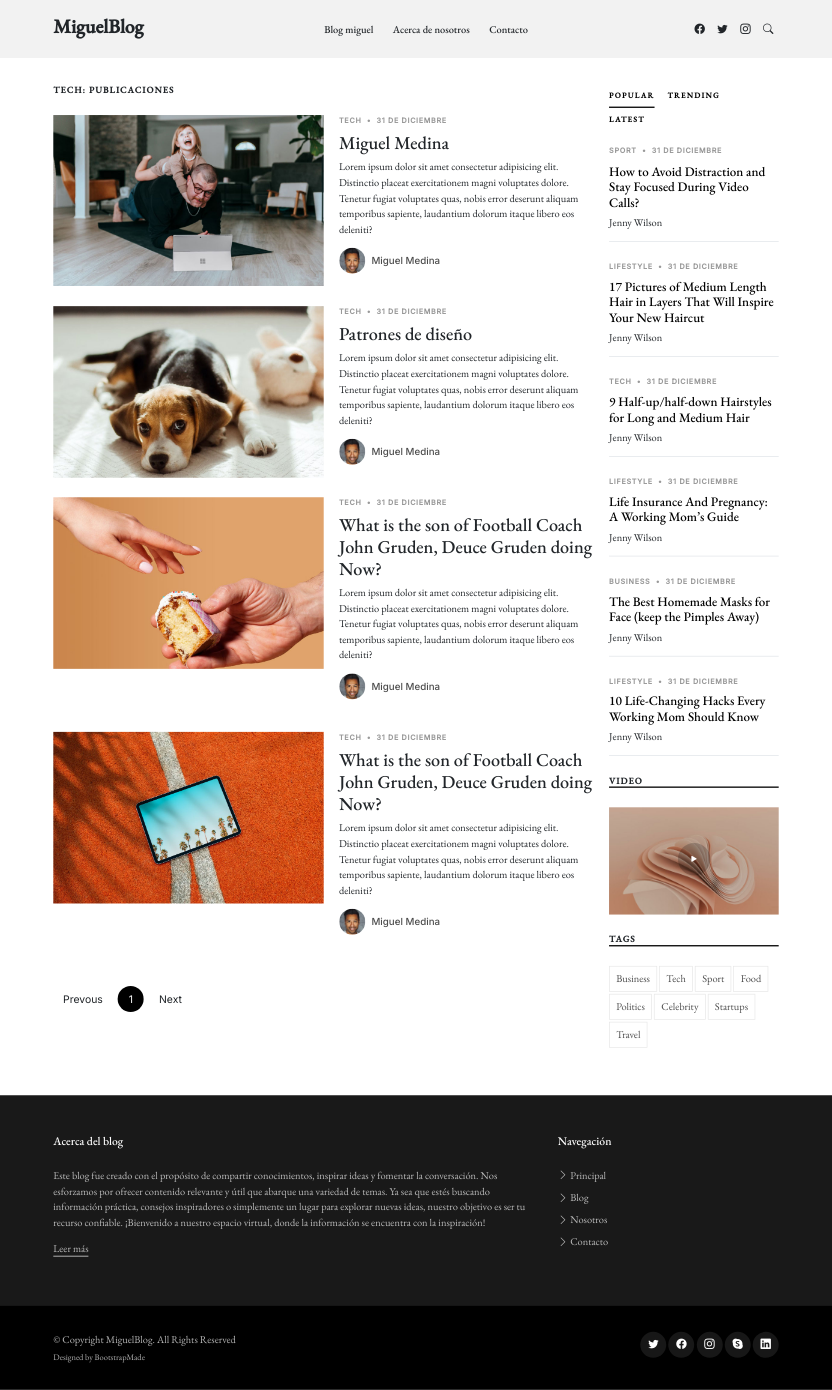
Repository: MiguelDev5/blog-miguel
Page: index.html
The author's editor kept a copy of each file at every save. The page is drawn from the files as they stood at one save, then again after the next save.
The browser window is 1280 px wide. The pictures show the whole page, at 65% of full size.
Some web fonts or font styles are not loaded; a fallback is used.

Above is the page before, as saved 2024-01-01 13:37:34.

### index.html
<!DOCTYPE html>
<html lang="en">

<head>
  <meta charset="utf-8">
  <meta content="width=device-width, initial-scale=1.0" name="viewport">

  <title>MiguelBlog Bootstrap Template - Category</title>
  <meta content="" name="description">
  <meta content="" name="keywords">

  <!-- Favicons -->
  <link href="assets/img/favicon.png" rel="icon">
  <link href="assets/img/apple-touch-icon.png" rel="apple-touch-icon">

  <!-- Google Fonts -->
  <link rel="preconnect" href="https://fonts.googleapis.com">
  <link rel="preconnect" href="https://fonts.gstatic.com" crossorigin>
  <link href="https://fonts.googleapis.com/css2?family=EB+Garamond:wght@400;500&family=Inter:wght@400;500&family=Playfair+Display:ital,wght@0,400;0,700;1,400;1,700&display=swap" rel="stylesheet">

  <!-- Vendor CSS Files -->
  <link href="assets/vendor/bootstrap/css/bootstrap.min.css" rel="stylesheet">
  <link href="assets/vendor/bootstrap-icons/bootstrap-icons.css" rel="stylesheet">
  <link href="assets/vendor/swiper/swiper-bundle.min.css" rel="stylesheet">
  <link href="assets/vendor/glightbox/css/glightbox.min.css" rel="stylesheet">
  <link href="assets/vendor/aos/aos.css" rel="stylesheet">

  <!-- Template Main CSS Files -->
  <link href="assets/css/variables.css" rel="stylesheet">
  <link href="assets/css/main.css" rel="stylesheet">

  <!-- =======================================================
  * Template Name: MiguelBlog
  * Updated: Sep 18 2023 with Bootstrap v5.3.2
  * Template URL: https://bootstrapmade.com/miguelBlog-bootstrap-blog-template/
  * Author: BootstrapMade.com
  * License: https:///bootstrapmade.com/license/
  ======================================================== -->
</head>

<body>

  <!-- ======= Header ======= -->
  <header id="header" class="header d-flex align-items-center fixed-top">
    <div class="container-fluid container-xl d-flex align-items-center justify-content-between">

      <a href="index.html" class="logo d-flex align-items-center">
        <!-- Uncomment the line below if you also wish to use an image logo -->
        <!-- <img src="assets/img/logo.png" alt=""> -->
        <h1>MiguelBlog</h1>
      </a>

      <nav id="navbar" class="navbar">
        <ul>
          <li><a href="index.html">Blog miguel</a></li>
          <li><a href="about.html">Acerca de nosotros</a></li>
          <li><a href="contact.html">Contacto</a></li>
        </ul>
      </nav><!-- .navbar -->

      <div class="position-relative">
        <a href="#" class="mx-2"><span class="bi-facebook"></span></a>
        <a href="#" class="mx-2"><span class="bi-twitter"></span></a>
        <a href="#" class="mx-2"><span class="bi-instagram"></span></a>

        <a href="#" class="mx-2 js-search-open"><span class="bi-search"></span></a>
        <i class="bi bi-list mobile-nav-toggle"></i>

        <!-- ======= Search Form ======= -->
        <div class="search-form-wrap js-search-form-wrap">
          <form action="search-result.html" class="search-form">
            <span class="icon bi-search"></span>
            <input type="text" placeholder="Search" class="form-control">
            <button class="btn js-search-close"><span class="bi-x"></span></button>
          </form>
        </div><!-- End Search Form -->

      </div>

    </div>

  </header><!-- End Header -->

  <main id="main">
    <section>
      <div class="container">
        <div class="row">

          <div class="col-md-9" data-aos="fade-up">
            <h3 class="category-title">Tech: publicaciones</h3>

            <div class="d-md-flex post-entry-2 half">
              <a href="single-post.html" class="me-4 thumbnail">
                <img src="assets/img/post-landscape-6.jpg" alt="" class="img-fluid">
              </a>
              <div>
                <div class="post-meta"><span class="date">Tech</span> <span class="mx-1">&bullet;</span> <span>31 de Diciembre</span></div>
                <h3><a href="single-post.html">Miguel Medina</a></h3>
                <p>Lorem ipsum dolor sit amet consectetur adipisicing elit. Distinctio placeat exercitationem magni voluptates dolore. Tenetur fugiat voluptates quas, nobis error deserunt aliquam temporibus sapiente, laudantium dolorum itaque libero eos deleniti?</p>
                <div class="d-flex align-items-center author">
                  <div class="photo"><img src="assets/img/person-2.jpg" alt="" class="img-fluid"></div>
                  <div class="name">
                    <h3 class="m-0 p-0">Miguel Medina</h3>
                  </div>
                </div>
              </div>
            </div>

            <div class="d-md-flex post-entry-2 half">
              <a href="single-post.html" class="me-4 thumbnail">
                <img src="assets/img/post-landscape-1.jpg" alt="" class="img-fluid">
              </a>
              <div>
                <div class="post-meta"><span class="date">Tech</span> <span class="mx-1">&bullet;</span> <span>31 de Diciembre</span></div>
                <h3><a href="single-post.html">Patrones de diseño</a></h3>
                <p>Lorem ipsum dolor sit amet consectetur adipisicing elit. Distinctio placeat exercitationem magni voluptates dolore. Tenetur fugiat voluptates quas, nobis error deserunt aliquam temporibus sapiente, laudantium dolorum itaque libero eos deleniti?</p>
                <div class="d-flex align-items-center author">
                  <div class="photo"><img src="assets/img/person-2.jpg" alt="" class="img-fluid"></div>
                  <div class="name">
                    <h3 class="m-0 p-0">Miguel Medina</h3>
                  </div>
                </div>
              </div>
            </div>

            <div class="d-md-flex post-entry-2 half">
              <a href="single-post.html" class="me-4 thumbnail">
                <img src="assets/img/post-landscape-2.jpg" alt="" class="img-fluid">
              </a>
              <div>
                <div class="post-meta"><span class="date">Tech</span> <span class="mx-1">&bullet;</span> <span>31 de Diciembre</span></div>
                <h3><a href="single-post.html">What is the son of Football Coach John Gruden, Deuce Gruden doing Now?</a></h3>
                <p>Lorem ipsum dolor sit amet consectetur adipisicing elit. Distinctio placeat exercitationem magni voluptates dolore. Tenetur fugiat voluptates quas, nobis error deserunt aliquam temporibus sapiente, laudantium dolorum itaque libero eos deleniti?</p>
                <div class="d-flex align-items-center author">
                  <div class="photo"><img src="assets/img/person-2.jpg" alt="" class="img-fluid"></div>
                  <div class="name">
                    <h3 class="m-0 p-0">Miguel Medina</h3>
                  </div>
                </div>
              </div>
            </div>

            <div class="d-md-flex post-entry-2 half">
              <a href="single-post.html" class="me-4 thumbnail">
                <img src="assets/img/post-landscape-3.jpg" alt="" class="img-fluid">
              </a>
              <div>
                <div class="post-meta"><span class="date">Tech</span> <span class="mx-1">&bullet;</span> <span>31 de Diciembre</span></div>
                <h3><a href="single-post.html">What is the son of Football Coach John Gruden, Deuce Gruden doing Now?</a></h3>
                <p>Lorem ipsum dolor sit amet consectetur adipisicing elit. Distinctio placeat exercitationem magni voluptates dolore. Tenetur fugiat voluptates quas, nobis error deserunt aliquam temporibus sapiente, laudantium dolorum itaque libero eos deleniti?</p>
                <div class="d-flex align-items-center author">
                  <div class="photo"><img src="assets/img/person-2.jpg" alt="" class="img-fluid"></div>
                  <div class="name">
                    <h3 class="m-0 p-0">Miguel Medina</h3>
                  </div>
                </div>
              </div>
            </div>
            <div class="text-start py-4">
              <div class="custom-pagination">
                <a href="#" class="prev">Prevous</a>
                <a href="#" class="active">1</a>
                <a href="#" class="next">Next</a>
              </div>
            </div>
          </div>

          <div class="col-md-3">
            <!-- ======= Sidebar ======= -->
            <div class="aside-block">

              <ul class="nav nav-pills custom-tab-nav mb-4" id="pills-tab" role="tablist">
                <li class="nav-item" role="presentation">
                  <button class="nav-link active" id="pills-popular-tab" data-bs-toggle="pill" data-bs-target="#pills-popular" type="button" role="tab" aria-controls="pills-popular" aria-selected="true">Popular</button>
                </li>
                <li class="nav-item" role="presentation">
                  <button class="nav-link" id="pills-trending-tab" data-bs-toggle="pill" data-bs-target="#pills-trending" type="button" role="tab" aria-controls="pills-trending" aria-selected="false">Trending</button>
                </li>
                <li class="nav-item" role="presentation">
                  <button class="nav-link" id="pills-latest-tab" data-bs-toggle="pill" data-bs-target="#pills-latest" type="button" role="tab" aria-controls="pills-latest" aria-selected="false">Latest</button>
                </li>
              </ul>

              <div class="tab-content" id="pills-tabContent">

                <!-- Popular -->
                <div class="tab-pane fade show active" id="pills-popular" role="tabpanel" aria-labelledby="pills-popular-tab">
                  <div class="post-entry-1 border-bottom">
                    <div class="post-meta"><span class="date">Sport</span> <span class="mx-1">&bullet;</span> <span>31 de Diciembre</span></div>
                    <h2 class="mb-2"><a href="#">How to Avoid Distraction and Stay Focused During Video Calls?</a></h2>
                    <span class="author mb-3 d-block">Jenny Wilson</span>
                  </div>

                  <div class="post-entry-1 border-bottom">
                    <div class="post-meta"><span class="date">Lifestyle</span> <span class="mx-1">&bullet;</span> <span>31 de Diciembre</span></div>
                    <h2 class="mb-2"><a href="#">17 Pictures of Medium Length Hair in Layers That Will Inspire Your New Haircut</a></h2>
                    <span class="author mb-3 d-block">Jenny Wilson</span>
                  </div>

                  <div class="post-entry-1 border-bottom">
                    <div class="post-meta"><span class="date">Tech</span> <span class="mx-1">&bullet;</span> <span>31 de Diciembre</span></div>
                    <h2 class="mb-2"><a href="#">9 Half-up/half-down Hairstyles for Long and Medium Hair</a></h2>
                    <span class="author mb-3 d-block">Jenny Wilson</span>
                  </div>

                  <div class="post-entry-1 border-bottom">
                    <div class="post-meta"><span class="date">Lifestyle</span> <span class="mx-1">&bullet;</span> <span>31 de Diciembre</span></div>
                    <h2 class="mb-2"><a href="#">Life Insurance And Pregnancy: A Working Mom’s Guide</a></h2>
                    <span class="author mb-3 d-block">Jenny Wilson</span>
                  </div>

                  <div class="post-entry-1 border-bottom">
                    <div class="post-meta"><span class="date">Business</span> <span class="mx-1">&bullet;</span> <span>31 de Diciembre</span></div>
                    <h2 class="mb-2"><a href="#">The Best Homemade Masks for Face (keep the Pimples Away)</a></h2>
                    <span class="author mb-3 d-block">Jenny Wilson</span>
                  </div>

                  <div class="post-entry-1 border-bottom">
                    <div class="post-meta"><span class="date">Lifestyle</span> <span class="mx-1">&bullet;</span> <span>31 de Diciembre</span></div>
                    <h2 class="mb-2"><a href="#">10 Life-Changing Hacks Every Working Mom Should Know</a></h2>
                    <span class="author mb-3 d-block">Jenny Wilson</span>
                  </div>
                </div> <!-- End Popular -->

                <!-- Trending -->
                <div class="tab-pane fade" id="pills-trending" role="tabpanel" aria-labelledby="pills-trending-tab">
                  <div class="post-entry-1 border-bottom">
                    <div class="post-meta"><span class="date">Lifestyle</span> <span class="mx-1">&bullet;</span> <span>31 de Diciembre</span></div>
                    <h2 class="mb-2"><a href="#">17 Pictures of Medium Length Hair in Layers That Will Inspire Your New Haircut</a></h2>
                    <span class="author mb-3 d-block">Jenny Wilson</span>
                  </div>

                  <div class="post-entry-1 border-bottom">
                    <div class="post-meta"><span class="date">Tech</span> <span class="mx-1">&bullet;</span> <span>31 de Diciembre</span></div>
                    <h2 class="mb-2"><a href="#">9 Half-up/half-down Hairstyles for Long and Medium Hair</a></h2>
                    <span class="author mb-3 d-block">Jenny Wilson</span>
                  </div>

                  <div class="post-entry-1 border-bottom">
                    <div class="post-meta"><span class="date">Lifestyle</span> <span class="mx-1">&bullet;</span> <span>31 de Diciembre</span></div>
                    <h2 class="mb-2"><a href="#">Life Insurance And Pregnancy: A Working Mom’s Guide</a></h2>
                    <span class="author mb-3 d-block">Jenny Wilson</span>
                  </div>

                  <div class="post-entry-1 border-bottom">
                    <div class="post-meta"><span class="date">Sport</span> <span class="mx-1">&bullet;</span> <span>31 de Diciembre</span></div>
                    <h2 class="mb-2"><a href="#">How to Avoid Distraction and Stay Focused During Video Calls?</a></h2>
                    <span class="author mb-3 d-block">Jenny Wilson</span>
                  </div>
                  <div class="post-entry-1 border-bottom">
                    <div class="post-meta"><span class="date">Business</span> <span class="mx-1">&bullet;</span> <span>31 de Diciembre</span></div>
                    <h2 class="mb-2"><a href="#">The Best Homemade Masks for Face (keep the Pimples Away)</a></h2>
                    <span class="author mb-3 d-block">Jenny Wilson</span>
                  </div>

                  <div class="post-entry-1 border-bottom">
                    <div class="post-meta"><span class="date">Lifestyle</span> <span class="mx-1">&bullet;</span> <span>31 de Diciembre</span></div>
                    <h2 class="mb-2"><a href="#">10 Life-Changing Hacks Every Working Mom Should Know</a></h2>
                    <span class="author mb-3 d-block">Jenny Wilson</span>
                  </div>
                </div> <!-- End Trending -->

                <!-- Latest -->
                <div class="tab-pane fade" id="pills-latest" role="tabpanel" aria-labelledby="pills-latest-tab">
                  <div class="post-entry-1 border-bottom">
                    <div class="post-meta"><span class="date">Lifestyle</span> <span class="mx-1">&bullet;</span> <span>31 de Diciembre</span></div>
                    <h2 class="mb-2"><a href="#">Life Insurance And Pregnancy: A Working Mom’s Guide</a></h2>
                    <span class="author mb-3 d-block">Jenny Wilson</span>
                  </div>

                  <div class="post-entry-1 border-bottom">
                    <div class="post-meta"><span class="date">Business</span> <span class="mx-1">&bullet;</span> <span>31 de Diciembre</span></div>
                    <h2 class="mb-2"><a href="#">The Best Homemade Masks for Face (keep the Pimples Away)</a></h2>
                    <span class="author mb-3 d-block">Jenny Wilson</span>
                  </div>

                  <div class="post-entry-1 border-bottom">
                    <div class="post-meta"><span class="date">Lifestyle</span> <span class="mx-1">&bullet;</span> <span>31 de Diciembre</span></div>
                    <h2 class="mb-2"><a href="#">10 Life-Changing Hacks Every Working Mom Should Know</a></h2>
                    <span class="author mb-3 d-block">Jenny Wilson</span>
                  </div>

                  <div class="post-entry-1 border-bottom">
                    <div class="post-meta"><span class="date">Sport</span> <span class="mx-1">&bullet;</span> <span>31 de Diciembre</span></div>
                    <h2 class="mb-2"><a href="#">How to Avoid Distraction and Stay Focused During Video Calls?</a></h2>
                    <span class="author mb-3 d-block">Jenny Wilson</span>
                  </div>

                  <div class="post-entry-1 border-bottom">
                    <div class="post-meta"><span class="date">Lifestyle</span> <span class="mx-1">&bullet;</span> <span>31 de Diciembre</span></div>
                    <h2 class="mb-2"><a href="#">17 Pictures of Medium Length Hair in Layers That Will Inspire Your New Haircut</a></h2>
                    <span class="author mb-3 d-block">Jenny Wilson</span>
                  </div>

                  <div class="post-entry-1 border-bottom">
                    <div class="post-meta"><span class="date">Tech</span> <span class="mx-1">&bullet;</span> <span>31 de Diciembre</span></div>
                    <h2 class="mb-2"><a href="#">9 Half-up/half-down Hairstyles for Long and Medium Hair</a></h2>
                    <span class="author mb-3 d-block">Jenny Wilson</span>
                  </div>

                </div> <!-- End Latest -->

              </div>
            </div>

            <div class="aside-block">
              <h3 class="aside-title">Video</h3>
              <div class="video-post">
                <a href="https://www.youtube.com/watch?v=AiFfDjmd0jU" class="glightbox link-video">
                  <span class="bi-play-fill"></span>
                  <img src="assets/img/post-landscape-5.jpg" alt="" class="img-fluid">
                </a>
              </div>
            </div><!-- End Video -->



            <div class="aside-block">
              <h3 class="aside-title">Tags</h3>
              <ul class="aside-tags list-unstyled">
                <li><a href="category.html">Business</a></li>
                <li><a href="category.html">Tech</a></li>
                <li><a href="category.html">Sport</a></li>
                <li><a href="category.html">Food</a></li>
                <li><a href="category.html">Politics</a></li>
                <li><a href="category.html">Celebrity</a></li>
                <li><a href="category.html">Startups</a></li>
                <li><a href="category.html">Travel</a></li>
              </ul>
            </div><!-- End Tags -->

          </div>

        </div>
      </div>
    </section>
  </main><!-- End #main -->

  <!-- ======= Footer ======= -->
  <footer id="footer" class="footer">
    <div class="footer-content">
      <div class="container">
        <div class="row g-5">
          <div class="col-lg-8">
            <h3 class="footer-heading">Acerca del blog</h3>
            <p>Este blog fue creado con el propósito de compartir conocimientos, inspirar ideas y fomentar la conversación. Nos esforzamos por ofrecer contenido relevante y útil que abarque una variedad de temas. Ya sea que estés buscando información práctica, consejos inspiradores o simplemente un lugar para explorar nuevas ideas, nuestro objetivo es ser tu recurso confiable. ¡Bienvenido a nuestro espacio virtual, donde la información se encuentra con la inspiración!</p>
            <p><a href="about.html" class="footer-link-more">Leer más</a></p>
          </div>
          <div class="col-6 col-lg-2">
            <h3 class="footer-heading">Navegación</h3>
            <ul class="footer-links list-unstyled">
              <li><a href="index.html"><i class="bi bi-chevron-right"></i> Principal</a></li>
              <li><a href="index.html"><i class="bi bi-chevron-right"></i> Blog</a></li>
              <li><a href="about.html"><i class="bi bi-chevron-right"></i> Nosotros</a></li>
              <li><a href="contact.html"><i class="bi bi-chevron-right"></i> Contacto</a></li>
            </ul>
          </div>
        </div>
      </div>
    </div>

    <div class="footer-legal">
      <div class="container">

        <div class="row justify-content-between">
          <div class="col-md-6 text-center text-md-start mb-3 mb-md-0">
            <div class="copyright">
              © Copyright <strong><span>MiguelBlog</span></strong>. All Rights Reserved
            </div>

            <div class="credits">
              Designed by BootstrapMade
            </div>

          </div>

          <div class="col-md-6">
            <div class="social-links mb-3 mb-lg-0 text-center text-md-end">
              <a href="#" class="twitter"><i class="bi bi-twitter"></i></a>
              <a href="#" class="facebook"><i class="bi bi-facebook"></i></a>
              <a href="#" class="instagram"><i class="bi bi-instagram"></i></a>
              <a href="#" class="google-plus"><i class="bi bi-skype"></i></a>
              <a href="#" class="linkedin"><i class="bi bi-linkedin"></i></a>
            </div>

          </div>

        </div>

      </div>
    </div>
  </footer>

  <a href="#" class="scroll-top d-flex align-items-center justify-content-center"><i class="bi bi-arrow-up-short"></i></a>

  <!-- Vendor JS Files -->
  <script src="assets/vendor/bootstrap/js/bootstrap.bundle.min.js"></script>
  <script src="assets/vendor/swiper/swiper-bundle.min.js"></script>
  <script src="assets/vendor/glightbox/js/glightbox.min.js"></script>
  <script src="assets/vendor/aos/aos.js"></script>
  <script src="assets/vendor/php-email-form/validate.js"></script>

  <!-- Template Main JS File -->
  <script src="assets/js/main.js"></script>

</body>

</html>

Loaded but not shown: assets/vendor/bootstrap/css/bootstrap.min.css (library); assets/vendor/bootstrap-icons/bootstrap-icons.css (library); assets/vendor/swiper/swiper-bundle.min.css (library); assets/vendor/glightbox/css/glightbox.min.css (library); assets/vendor/aos/aos.css (library); assets/vendor/bootstrap/js/bootstrap.bundle.min.js (library); assets/vendor/swiper/swiper-bundle.min.js (library); assets/vendor/glightbox/js/glightbox.min.js (library); assets/vendor/aos/aos.js (library); assets/vendor/php-email-form/validate.js (common file); assets/js/main.js (154 lines, source omitted); assets/css/main.css (1300 lines, source omitted); assets/css/variables.css (207 lines, source omitted)

After the next save:
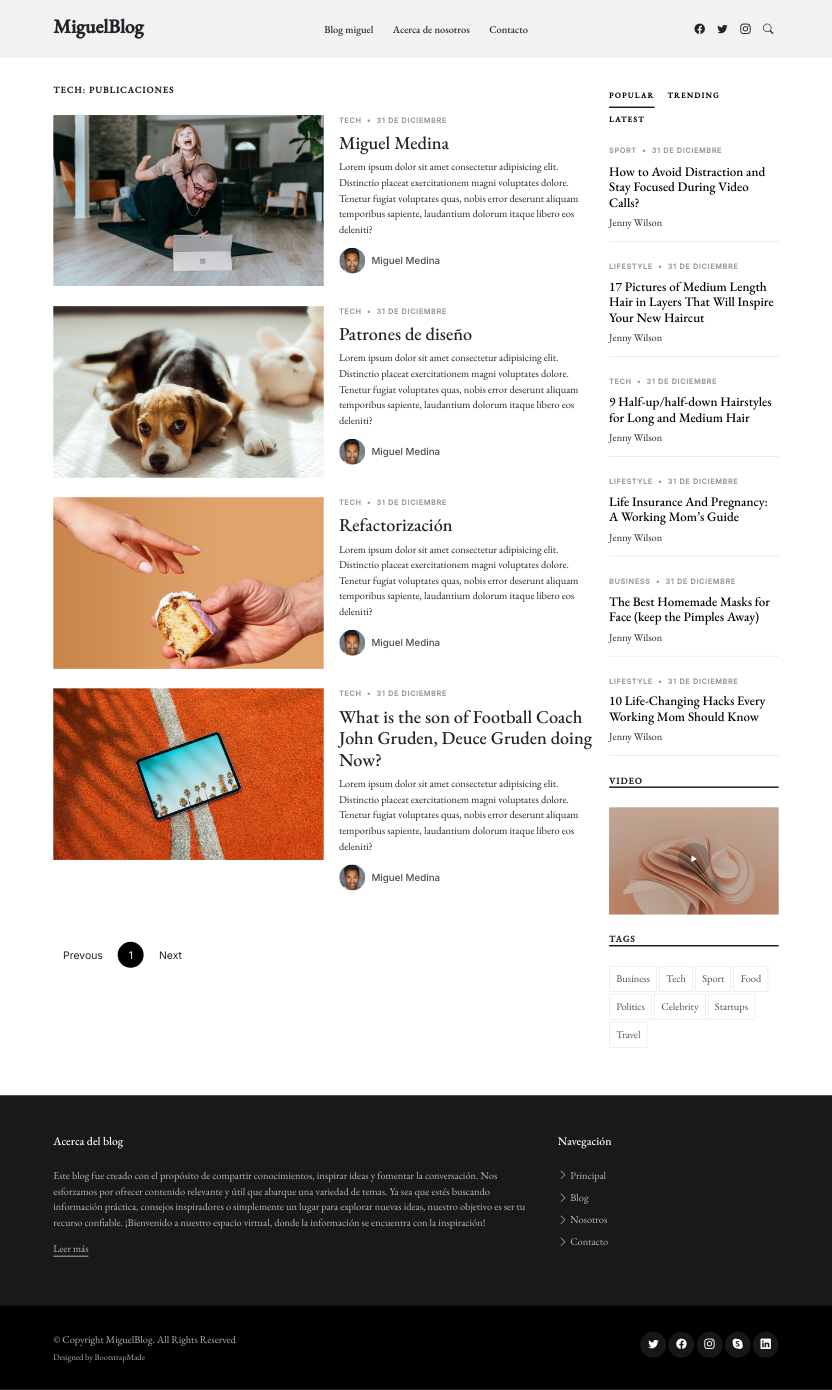
Saved 36 s later.
--- a/index.html
+++ b/index.html
@@ -129,7 +129,7 @@
               </a>
               <div>
                 <div class="post-meta"><span class="date">Tech</span> <span class="mx-1">&bullet;</span> <span>31 de Diciembre</span></div>
-                <h3><a href="single-post.html">What is the son of Football Coach John Gruden, Deuce Gruden doing Now?</a></h3>
+                <h3><a href="single-post.html">Refactorización</a></h3>
                 <p>Lorem ipsum dolor sit amet consectetur adipisicing elit. Distinctio placeat exercitationem magni voluptates dolore. Tenetur fugiat voluptates quas, nobis error deserunt aliquam temporibus sapiente, laudantium dolorum itaque libero eos deleniti?</p>
                 <div class="d-flex align-items-center author">
                   <div class="photo"><img src="assets/img/person-2.jpg" alt="" class="img-fluid"></div>
